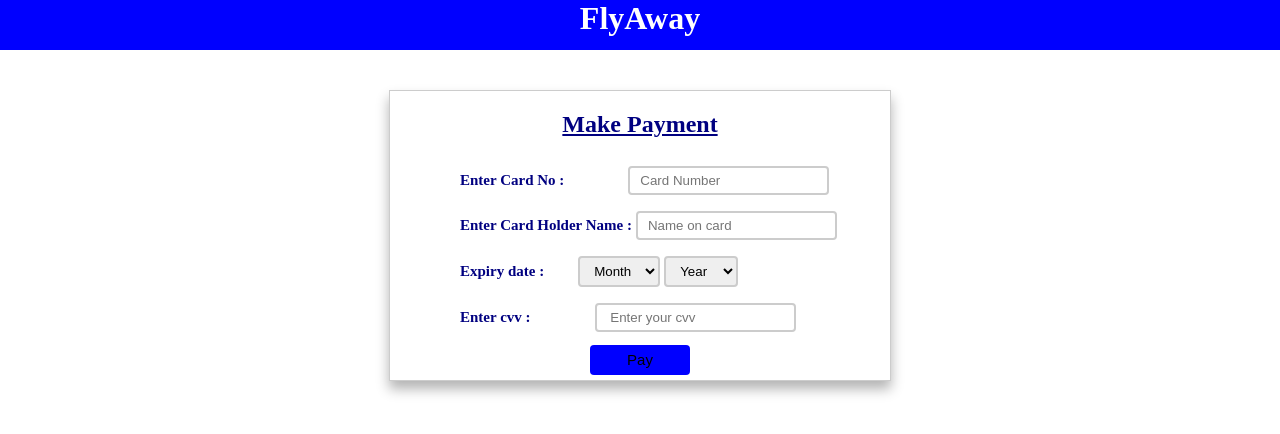
Repository: KartikMuchakandimath/Flyaway
Page: http://localhost/FlayAway/Payment.jsp
The author's editor kept a copy of each file at every save. The page is drawn from the files as they stood at one save, then again after the next save.
The browser window is 1280 px wide. The pictures show the whole page.
The page is served by Tomcat 9.

Above is the page before, as saved 2022-04-22 19:58:52.

After the next save:
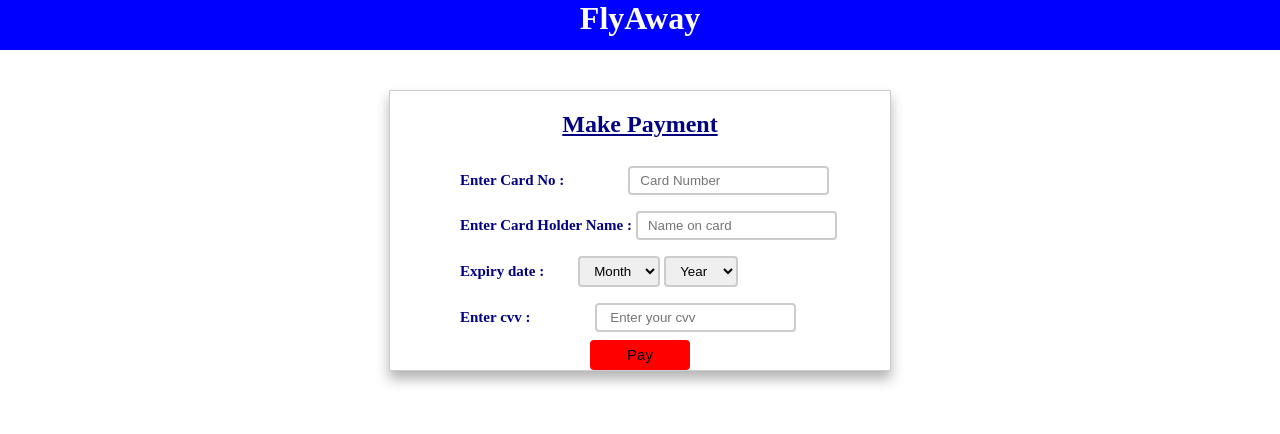
Saved 52 s later.
--- a/FlayAway/src/main/webapp/Payment.jsp
+++ b/FlayAway/src/main/webapp/Payment.jsp
@@ -57,12 +57,13 @@ button{
 	border:none;
 	height: 30px;
 	width : 100px;
+	border:none;
+	height: 30px;
 	display : inline-block;
 	font-size : 15px;
 	font-width : bold;
-	background-color: rgb( 0,0,255);
-	margin : 5px;
-}
+	background-color: red;
+	}
 </style>
 </head>
 <body>
